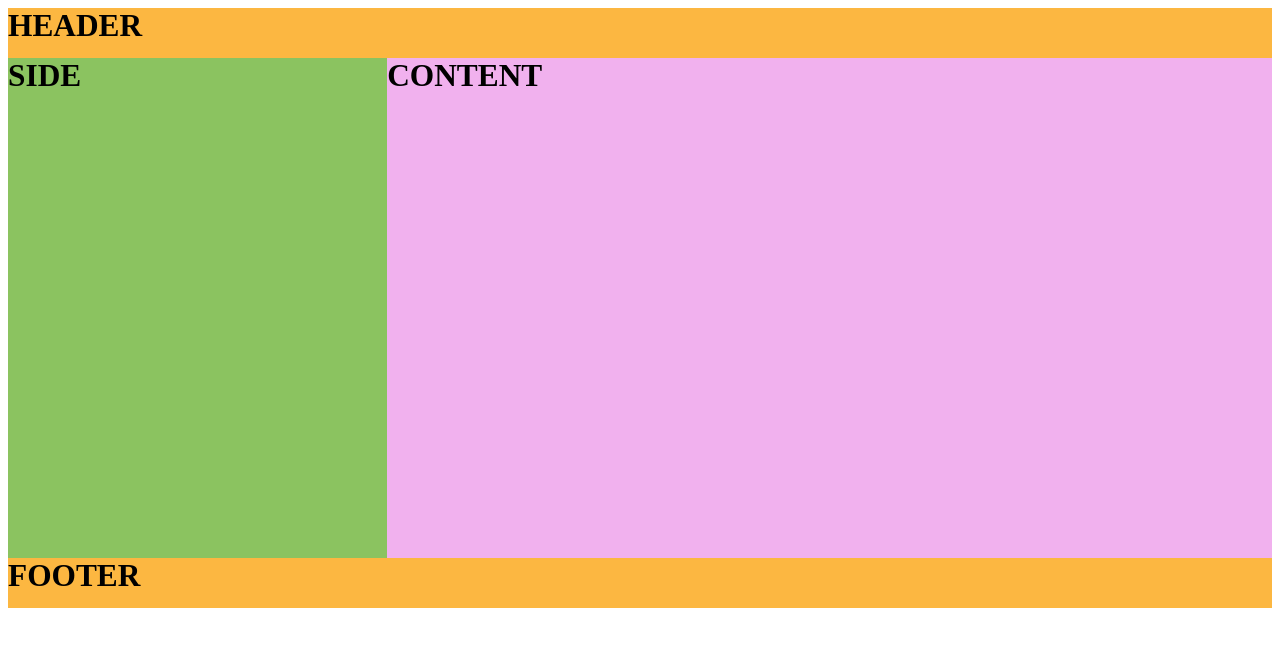
Repository: DuongThanhLong/Basic-responsive-HTML--CSS
Page: Flexbox/index.html
The author's editor kept a copy of each file at every save. The page is drawn from the files as they stood at one save, then again after the next save.
The browser window is 1280 px wide. The pictures show the whole page.

Above is the page before, as saved 2021-09-21 18:29:50.

After the next save:
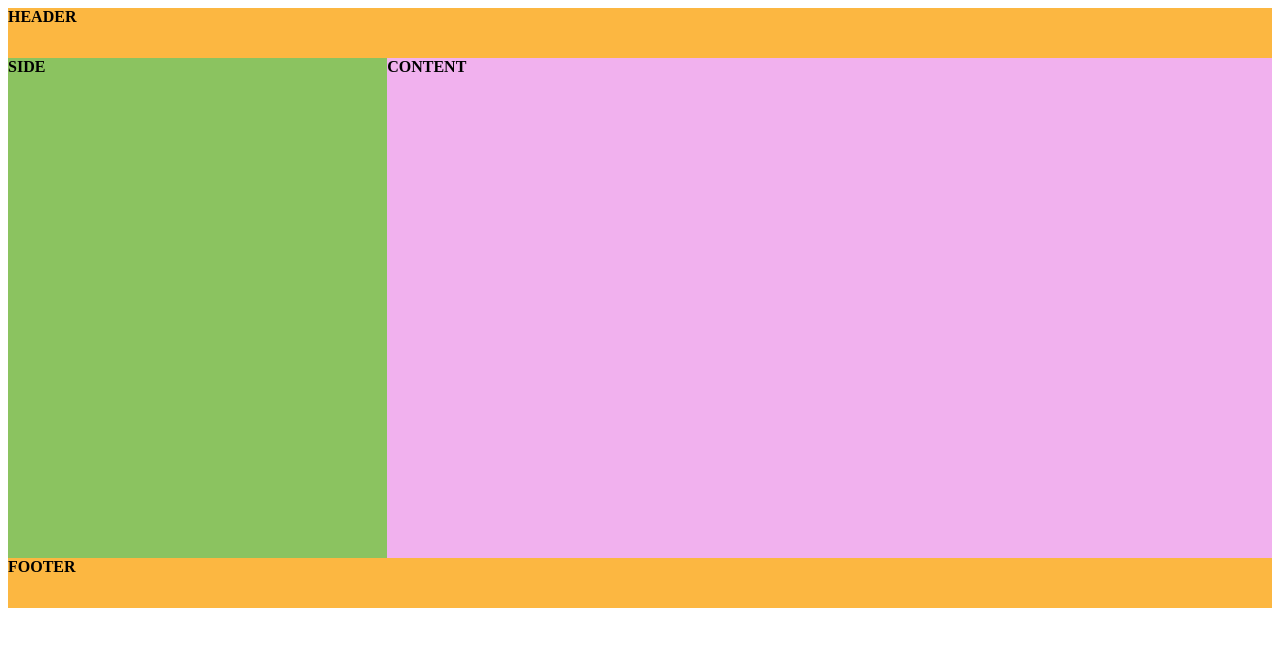
Saved 101 min 25 s later.
--- a/Flexbox/style.css
+++ b/Flexbox/style.css
@@ -1,33 +1,33 @@
-* {
+ /* {
     box-sizing: inherit;
     font-size: 1.4rem;
-}
+}  */
 
-header {
-    font-weight: bold;
-    background-color: #FCB741;
-    height: 50px;
-}
+ header {
+     font-weight: bold;
+     background-color: #FCB741;
+     height: 50px;
+ }
 
-.center {
-    display: flex;
-    height: 500px;
-}
+ .center {
+     display: flex;
+     height: 500px;
+ }
 
-.side {
-    font-weight: bold;
-    width: 30%;
-    background-color: #8BC360;
-}
+ .side {
+     font-weight: bold;
+     width: 30%;
+     background-color: #8BC360;
+ }
 
-.content {
-    font-weight: bold;
-    width: 70%;
-    background-color: #F1B1EE;
-}
+ .content {
+     font-weight: bold;
+     width: 70%;
+     background-color: #F1B1EE;
+ }
 
-footer {
-    font-weight: bold;
-    background-color: #FCB741;
-    height: 50px;
-}
+ footer {
+     font-weight: bold;
+     background-color: #FCB741;
+     height: 50px;
+ }
